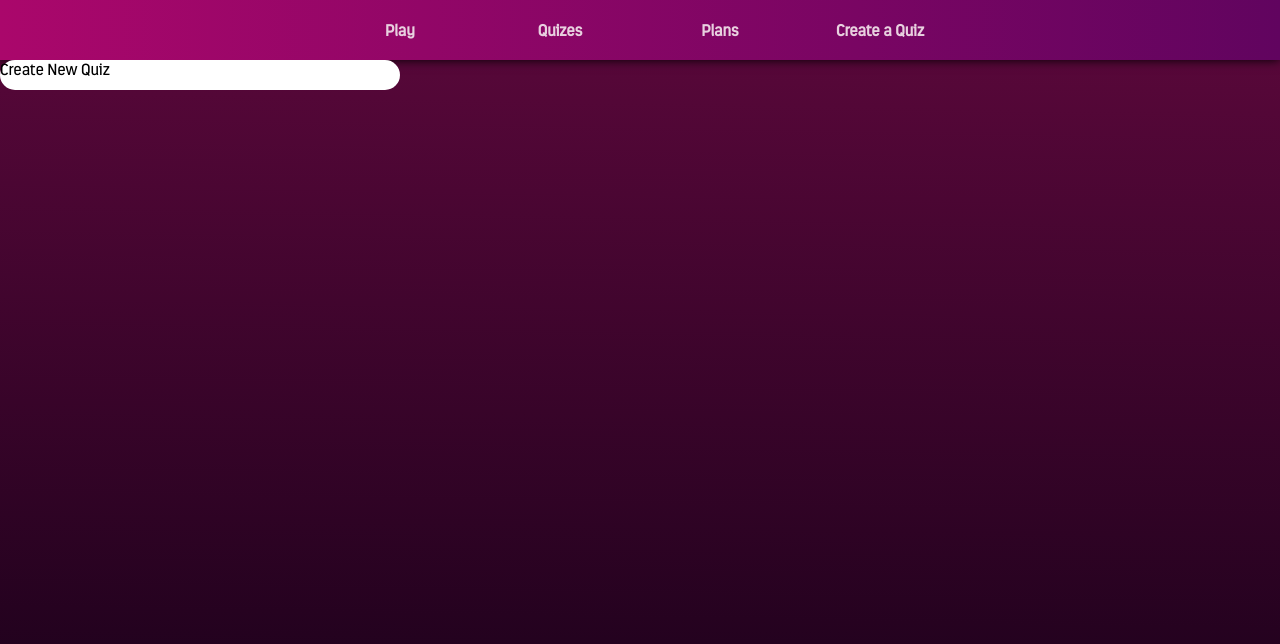
Repository: YoanDimitrov97/quiz-project
Page: /my_quiz (app in quiz_frontend/)
These files come from the project's save history. The page is drawn as it stood at one moment and after the next save; the edit follows.
The browser window is 1280 px wide. The pictures show the whole page.
The project was rebuilt for these pictures with package versions that can differ from the ones it lists, and the page was loaded fresh each time. Also part of the build but not shown: quiz_frontend/src/components/Index/Login.vue, quiz_frontend/src/components/Index/ProfileNav.vue, quiz_frontend/src/components/CreateQuiz/NewQuizQuestion.vue, quiz_frontend/src/components/CreateQuiz.vue, quiz_frontend/src/components/Index/QuizBox.vue, quiz_frontend/src/components/Index/EnterCode.vue, quiz_frontend/src/components/Index.vue.

Above is the page before, as saved 2020-01-16 11:24:10.

After the next save:
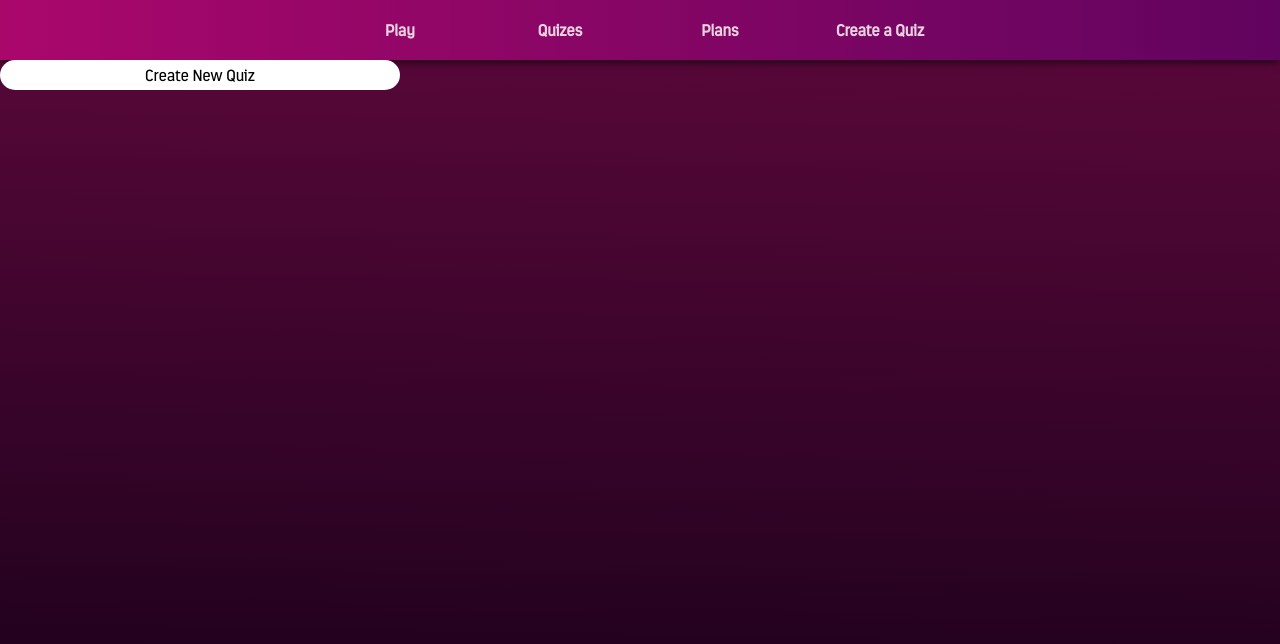
Saved 21 s later.
--- a/quiz_frontend/src/components/MyQuiz.vue
+++ b/quiz_frontend/src/components/MyQuiz.vue
@@ -1,7 +1,7 @@
 <template>
     <div class="myQuiz_wrapper">
         <Nav />
-        <div class="create_quiz_btn">Create New Quiz</div>
+        <div class="create_quiz_btn"><p>Create New Quiz</p></div>
         <div class="myQuiz_holder">
 
         </div>
@@ -22,5 +22,8 @@ export default {
         background:#fff;
         border-radius:25px;
         height:30px;
+        display:grid;
+        align-content:center;
+        justify-content:center;
     }
 </style>
